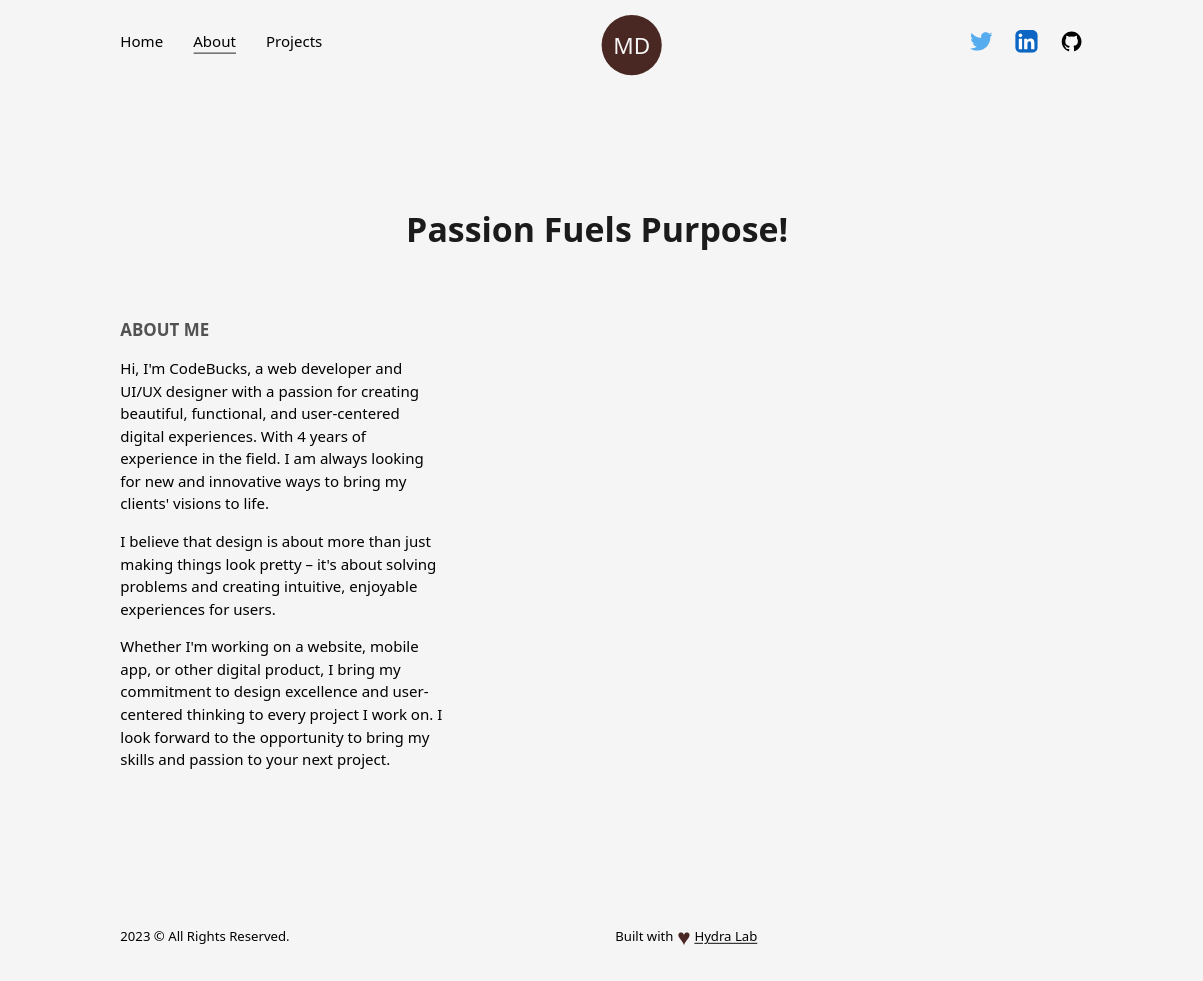
Repository: marcusdashe/situs
Page: /about
An editor plug-in stored every save of this project. The page is shown before and after the next save, followed by the edit.
The browser window is 1280 px wide. The pictures show the whole page, at 94% of full size.
The project was rebuilt for these pictures with package versions that can differ from the ones it lists, and the page was loaded fresh each time. The framework's server and built-in components were replaced by stand-ins that run in the browser.

Above is the page before, as saved 2023-06-29 13:48:45.

### src/pages/_app.js
import Footer from "@/components/Footer";
import Navbar from "@/components/Navbar";
import "@/styles/globals.css";
import Head from "next/head";
// import { IBM_Plex_Sans } from "next/font/google";

// const ibm = IBM_Plex_Sans({
//   subsets: ["latin"],
//   variable: "--font-mont",
// });

export default function App({ Component, pageProps }) {
  return (
    <>
      <Head>
        <meta name="viewport" content="width=device-width, initial-scale=1" />
        <link rel="icon" href="/favicon.ico" />
      </Head>
      <main className={`  bg-light w-full min-h-screen`}>
        <Navbar />
        <Component {...pageProps} />
        <Footer />
      </main>
    </>
  );
}

### src/pages/about.js
import AnimatedText from "@/components/AnimatedText";
import Layout from "@/components/Layout";
import Head from "next/head";
import React from "react";

const About = () => {
  return (
    <>
      <Head>
        <title> Marcus Dashe | About Page</title>
        <meta name="description" content="About Marcus Dashe" />
      </Head>

      <main className="flex w-full flex-col items-center justify-center">
        <Layout className="pt-15">
          <AnimatedText text="Passion Fuels Purpose!" className="mb-16" />
          <div className="grid w-full grid-cols-8 gap-16">
            <div className="col-span-3 flex flex-col items-start justify-start ">
              <h2 className="mb-4 text-lg font-bold uppercase text-dark/75">
                About Me
              </h2>
              <p className="font-medium">
                Hi, I'm CodeBucks, a web developer and UI/UX designer with a
                passion for creating beautiful, functional, and user-centered
                digital experiences. With 4 years of experience in the field. I
                am always looking for new and innovative ways to bring my
                clients' visions to life.
              </p>
              <p className="font-medium my-4">
                I believe that design is about more than just making things look
                pretty – it's about solving problems and creating intuitive,
                enjoyable experiences for users.
              </p>
              <p className="font-medium ">
                Whether I'm working on a website, mobile app, or other digital
                product, I bring my commitment to design excellence and
                user-centered thinking to every project I work on. I look
                forward to the opportunity to bring my skills and passion to
                your next project.
              </p>
            </div>
          </div>
        </Layout>
      </main>
    </>
  );
};

export default About;

### src/components/Footer.jsx
import React from "react";
import Layout from "./Layout";
import Link from "next/link";

const Footer = () => {
  return (
    <footer className="w-full border-t-1 border-solid border-primaryDark font-medium text-sm ">
      <Layout className="py-8 flex items-center justify-between">
        <span>{new Date().getFullYear()} &copy; All Rights Reserved.</span>
        <div className="flex items-center">
          Built with{" "}
          <span className="text-primaryDark text-2xl px-1">&hearts;</span>
          <Link href="/" className="underline underline-offset-2">
            Hydra Lab
          </Link>
        </div>
        <Link href="/"></Link>
      </Layout>
    </footer>
  );
};

export default Footer;

### src/components/Navbar.jsx
import React from "react";
import { useRouter } from "next/router";
import Link from "next/link";
import Logo from "./Logo";
import { TwitterIcon, GithubIcon, LinkedInIcon } from "./Icons";
import { motion } from "framer-motion";

const CustomLink = ({ href, title, className = "" }) => {
  const router = useRouter();

  return (
    <Link href={href} className={`${className} relative group`}>
      {title}
      <span
        className={`h-[1px] inline-block bg-dark absolute left-0 -bottom-0.5 group-hover:w-full transition-[width] ease duration-300 ${
          router.asPath === href ? "w-full" : "w-0"
        }`}
      >
        &nbsp;
      </span>
    </Link>
  );
};

const Navbar = () => {
  return (
    <header
      className="w-full px-32 py-8 font-medium
            flex items-center justify-between"
    >
      <nav>
        <CustomLink href="/" title="Home" className="mr-4" />
        <CustomLink href="/about" title="About" className="mx-4" />
        <CustomLink href="/projects" title="Projects" className="mx-4" />
        {/* <CustomLink href="/articles" title="Articles" className="ml-4" /> */}
      </nav>

      <nav className="flex items-center justify-center flex-wrap">
        <motion.a
          href="https://www.twitter.com/marcusdashe"
          target={"_blank"}
          whileHover={{
            y: -2,
          }}
          whileTap={{ scale: 0.9 }}
          className="w-6 mx-3"
        >
          <TwitterIcon className="" />
        </motion.a>
        <motion.a
          href="https://www.linkedin.com/in/marcus-dashe-15a088202"
          target={"_blank"}
          whileHover={{
            y: -2,
          }}
          whileTap={{ scale: 0.9 }}
          className="w-6 mx-3"
        >
          <LinkedInIcon />
        </motion.a>
        <motion.a
          href="https://www.github.com/marcusdashe"
          target={"_blank"}
          whileHover={{
            y: -2,
          }}
          whileTap={{ scale: 0.9 }}
          className="w-6 ml-3"
        >
          <GithubIcon />
        </motion.a>
      </nav>
      <div className="absolute left-[50%] top-2 translate-x-[-50]">
        <Logo />
      </div>
    </header>
  );
};

export default Navbar;

### src/styles/globals.css
@import url("https://fonts.googleapis.com/css2?family=IBM+Plex+Sans:ital,wght@0,100;0,200;0,300;1,100;1,200&family=Inter:wght@300;400;500;600;700;800;900&display=swap");

@tailwind base;
@tailwind components;
@tailwind utilities;

### src/components/AnimatedText.jsx
import React from "react";
import { motion } from "framer-motion";

const quote = {
  initial: {
    opacity: 1,
  },
  animate: {
    opacity: 1,
    transition: {
      delay: 0.5,
      staggerChildren: 0.08,
    },
  },
};

const singleWord = {
  initial: {
    opacity: 0,
    y: 50,
  },
  animate: {
    opacity: 1,
    y: 0,
    transition: {
      duration: 1,
    },
  },
};

const AnimatedText = ({ text, className = "" }) => {
  return (
    <div className="w-full mx-auto py-2 flex items-center justify-center text-center overflow-hidden ">
      <motion.h1
        className={`inline-block w-full text-dark font-bold capitalize text-4xl ${className}`}
        variants={quote}
        initial="initial"
        animate="animate"
      >
        {text.split(" ").map((word, index) => (
          <motion.span
            key={index}
            className="inline-block"
            variants={singleWord}
          >
            {word}&nbsp;
          </motion.span>
        ))}
      </motion.h1>
    </div>
  );
};

export default AnimatedText;

### src/components/Layout.jsx
import React from "react";

const Layout = ({ children, className = "" }) => {
  return (
    <div className={`${className} w-full inline-block z-0 bg-light p-32`}>
      {children}
    </div>
  );
};

export default Layout;

### src/components/Logo.jsx
"use client";

import React from "react";
import Link from "next/link";
import { motion } from "framer-motion";

const MotionLink = motion(Link);

const Logo = () => {
  return (
    <div className="flex items-center justify-center mt-2">
      <MotionLink
        href="/"
        className="w-16 h-16 bg-primaryDark text-light flex items-center
        justify-center rounded-full text-2xl  hover
      "
        whileHover={{
          scale: 1.5,
          backgroundColor: [
            "#121212",
            "rgba(131,58,180,1)",
            "rgba(253,29,29,1)",
            "rgba(252,176,69,1)",
            "rgba(131,58,180,1)",
            "#121212",
          ],
          transition: {
            duration: 1,
            repeat: Infinity,
          },
        }}
      >
        MD
      </MotionLink>
    </div>
  );
};

export default Logo;

Loaded but not shown: tailwind.config.js (30 lines, source omitted); src/components/Icons.jsx (474 lines, source omitted)

After the next save:
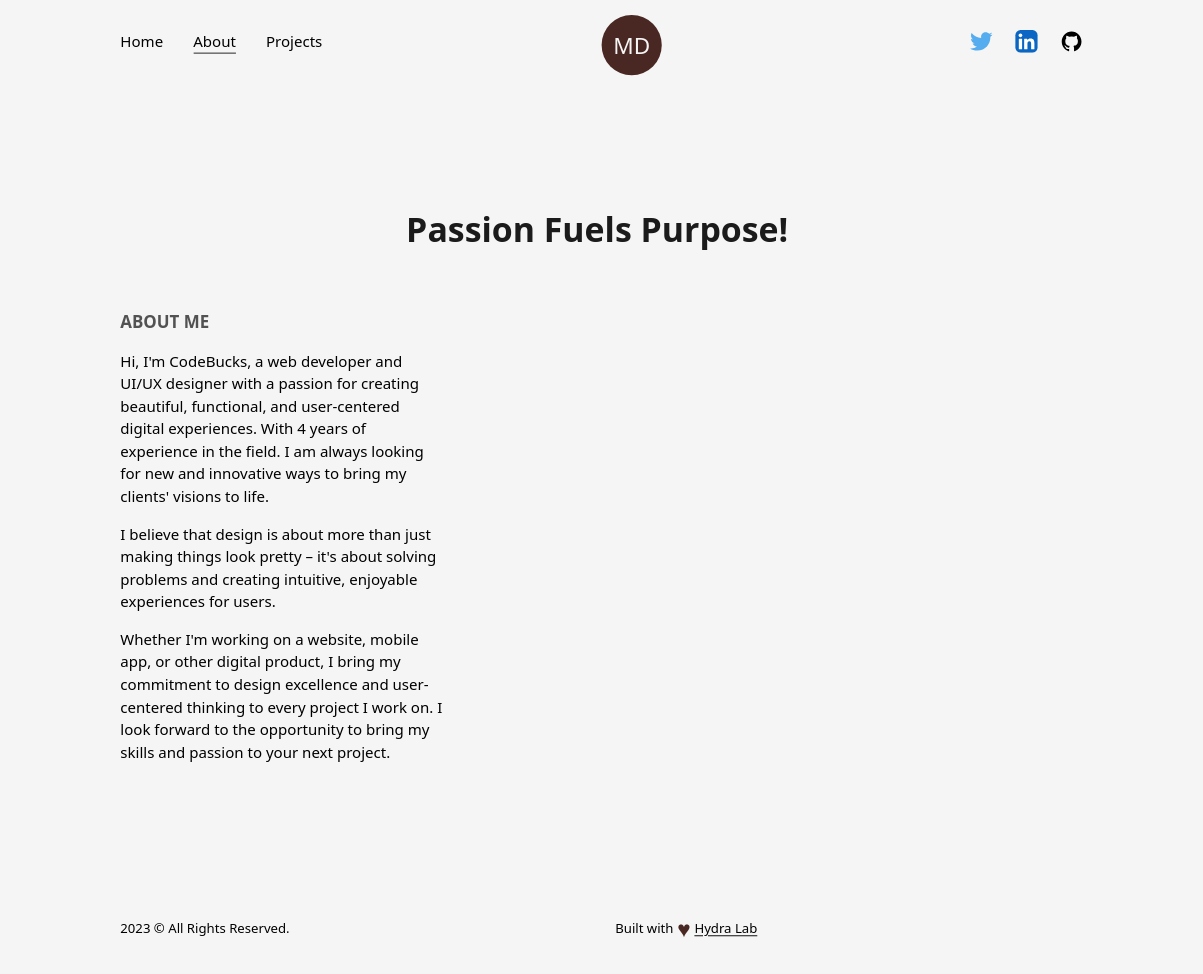
Saved 38 s later.
--- a/src/pages/about.js
+++ b/src/pages/about.js
@@ -13,7 +13,7 @@ const About = () => {
 
       <main className="flex w-full flex-col items-center justify-center">
         <Layout className="pt-15">
-          <AnimatedText text="Passion Fuels Purpose!" className="mb-16" />
+          <AnimatedText text="Passion Fuels Purpose!" className="mb-14" />
           <div className="grid w-full grid-cols-8 gap-16">
             <div className="col-span-3 flex flex-col items-start justify-start ">
               <h2 className="mb-4 text-lg font-bold uppercase text-dark/75">
